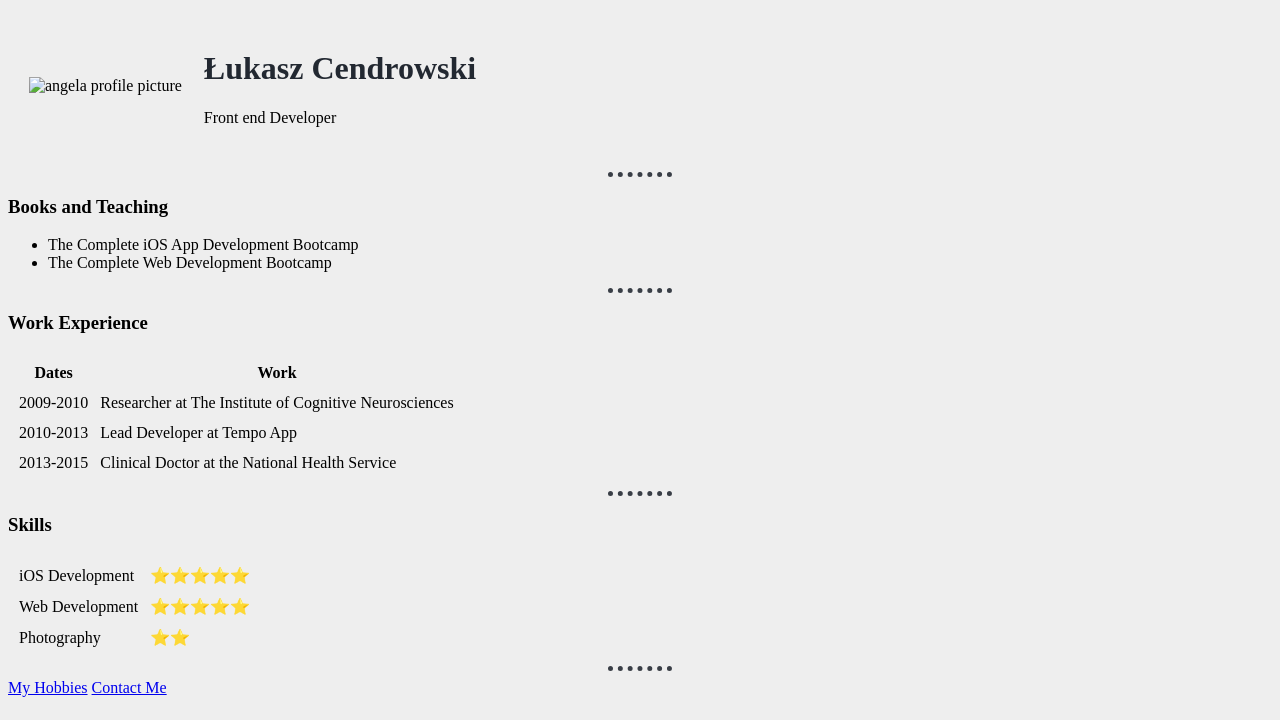
Repository: Isanderr/simple_landing_page-1
Page: index.html
An editor plug-in stored every save of this project. The page is shown before and after the next save, followed by the edit.
The browser window is 1280 px wide. The pictures show the whole page.

Above is the page before, as saved 2019-01-30 20:10:50.
Not found: img/code.jpg

### index.html
<!DOCTYPE html>
<html lang="en">

    <head>
        <meta charset="UTF-8">
        <meta name="viewport" content="width=device-width, initial-scale=1.0">
        <meta http-equiv="X-UA-Compatible" content="ie=edge">
        <title>CendrowskiL</title>
        <link rel="stylesheet" href="css/styles.css">
        <link rel="shortcut icon" href="img/favicon.ico" type="image/x-icon">
    </head>

    <body>
        <table cellspacing="20">
            <tr>
                <td><img src="img/code.jpg" alt="angela profile picture"></td>
                <td>
                    <h1>Łukasz Cendrowski</h1>
                    <p>Front end Developer</p>
                    <p></p>
                </td>
            </tr>
        </table>
        <hr>
        <h3>Books and Teaching</h3>
        <ul>
            <li>The Complete iOS App Development Bootcamp</li>
            <li>The Complete Web Development Bootcamp</li>
        </ul>
        <hr>
        <h3>Work Experience</h3>
        <table cellspacing="10">
            <thead>
                <tr>
                    <th>Dates</th>
                    <th>Work</th>
                </tr>
            </thead>
            <tbody>
                <tr>
                    <td>2009-2010</td>
                    <td>Researcher at The Institute of Cognitive Neurosciences</td>
                </tr>
                <tr>
                    <td>2010-2013</td>
                    <td>Lead Developer at Tempo App</td>
                </tr>
                <tr>
                    <td>2013-2015</td>
                    <td>Clinical Doctor at the National Health Service</td>
                </tr>
            </tbody>
        </table>
        <hr>
        <h3>Skills</h3>
        <table cellspacing="10">
            <tr>
                <td>iOS Development</td>
                <td>⭐️⭐️⭐️⭐️⭐️</td>
            </tr>
            <tr>
                <td>Web Development</td>
                <td>⭐️⭐️⭐️⭐️⭐️</td>
            </tr>
            <tr>
                <td>Photography</td>
                <td>⭐️⭐️</td>
            </tr>
        </table>
        <hr>
        <a href="hobbies.html">My Hobbies</a>
        <a href="contact-me.html">Contact Me</a>
    </body>
    </body>

</html>

### css/styles.css
body {
    background-color: #eeeeee;
}

hr {
    border-style: none;
    border-top-style: dotted;
    width: 5%;
    border-color: #393e46;
    border-width: 5px;
}

img {
    height: 200px;
}

h1{
color: #222831;
}

h2{
color: #222831;
}

After the next save:
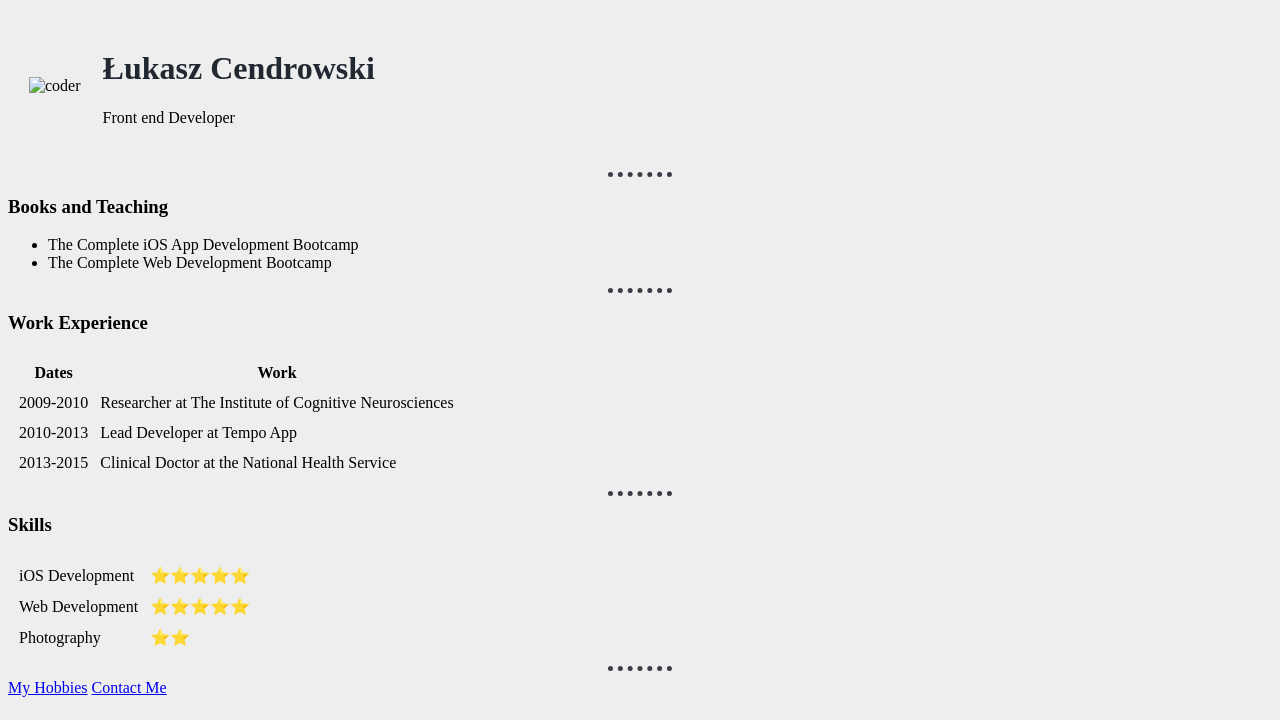
Saved 75 s later.
--- a/index.html
+++ b/index.html
@@ -13,7 +13,7 @@
     <body>
         <table cellspacing="20">
             <tr>
-                <td><img src="img/code.jpg" alt="angela profile picture"></td>
+                <td><img src="img/code.jpg" alt="coder"></td>
                 <td>
                     <h1>Łukasz Cendrowski</h1>
                     <p>Front end Developer</p>
